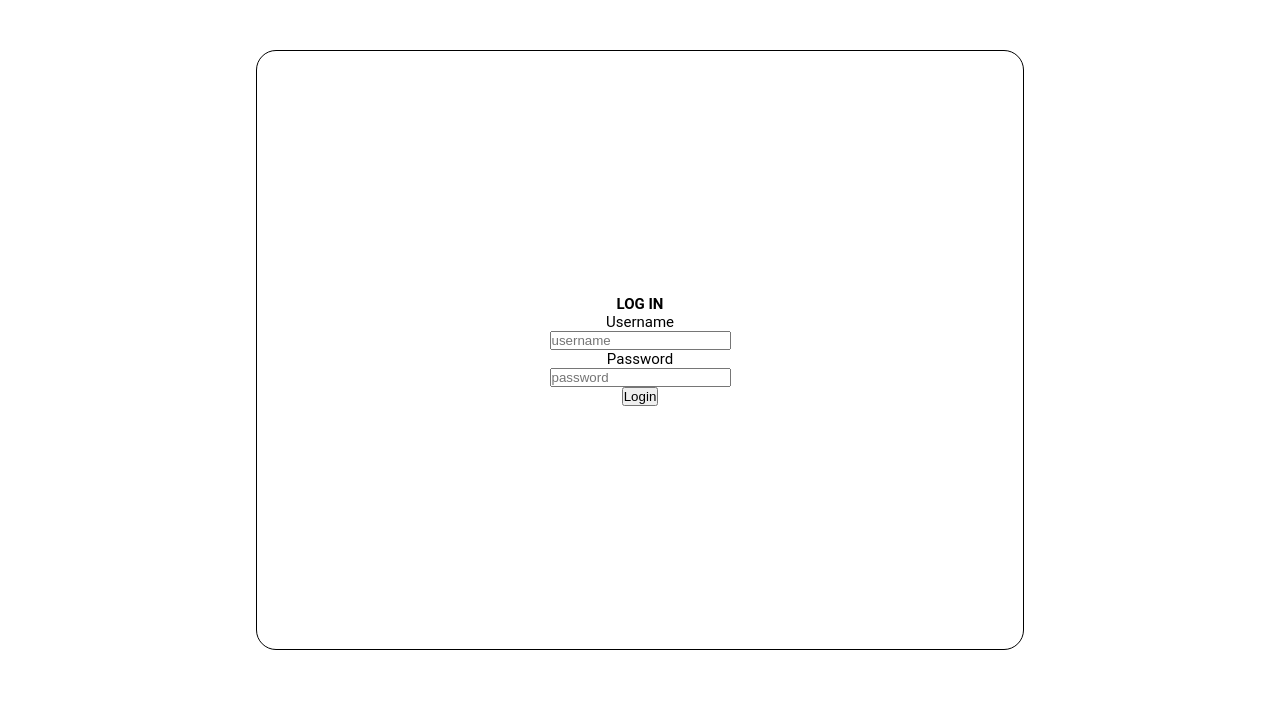
Repository: huyna1707/learning-git
Page: index.html
An editor plug-in stored every save of this project. The page is shown before and after the next save, followed by the edit.
The browser window is 1280 px wide. The pictures show the whole page.

Above is the page before, as saved 2024-08-09 23:15:04.

After the next save:
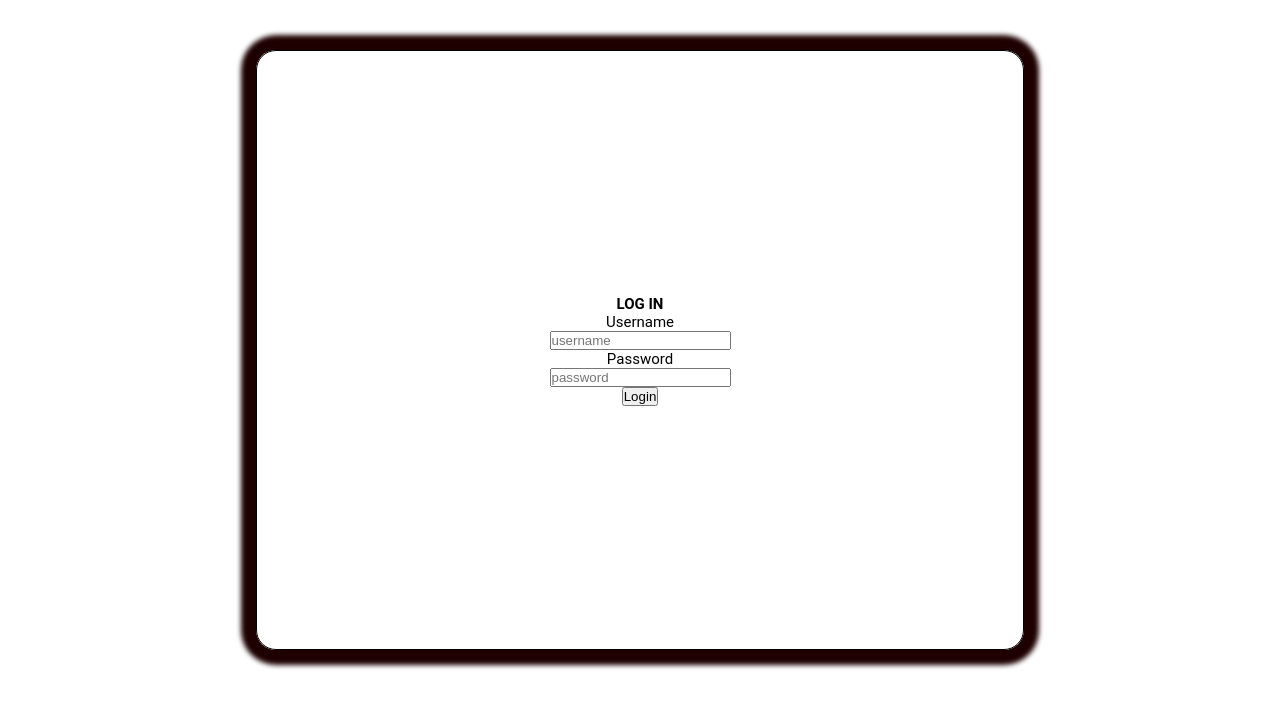
Saved 5 s later.
--- a/style.css
+++ b/style.css
@@ -22,5 +22,5 @@ form{
     margin-top: 50px;
     border: 1px solid black;
     border-radius: 20px;
-    box-shadow: rgb(30, 0, 0) 0 0 0
+    box-shadow: rgb(30, 0, 0) 0 0 5px 15px;
 }
